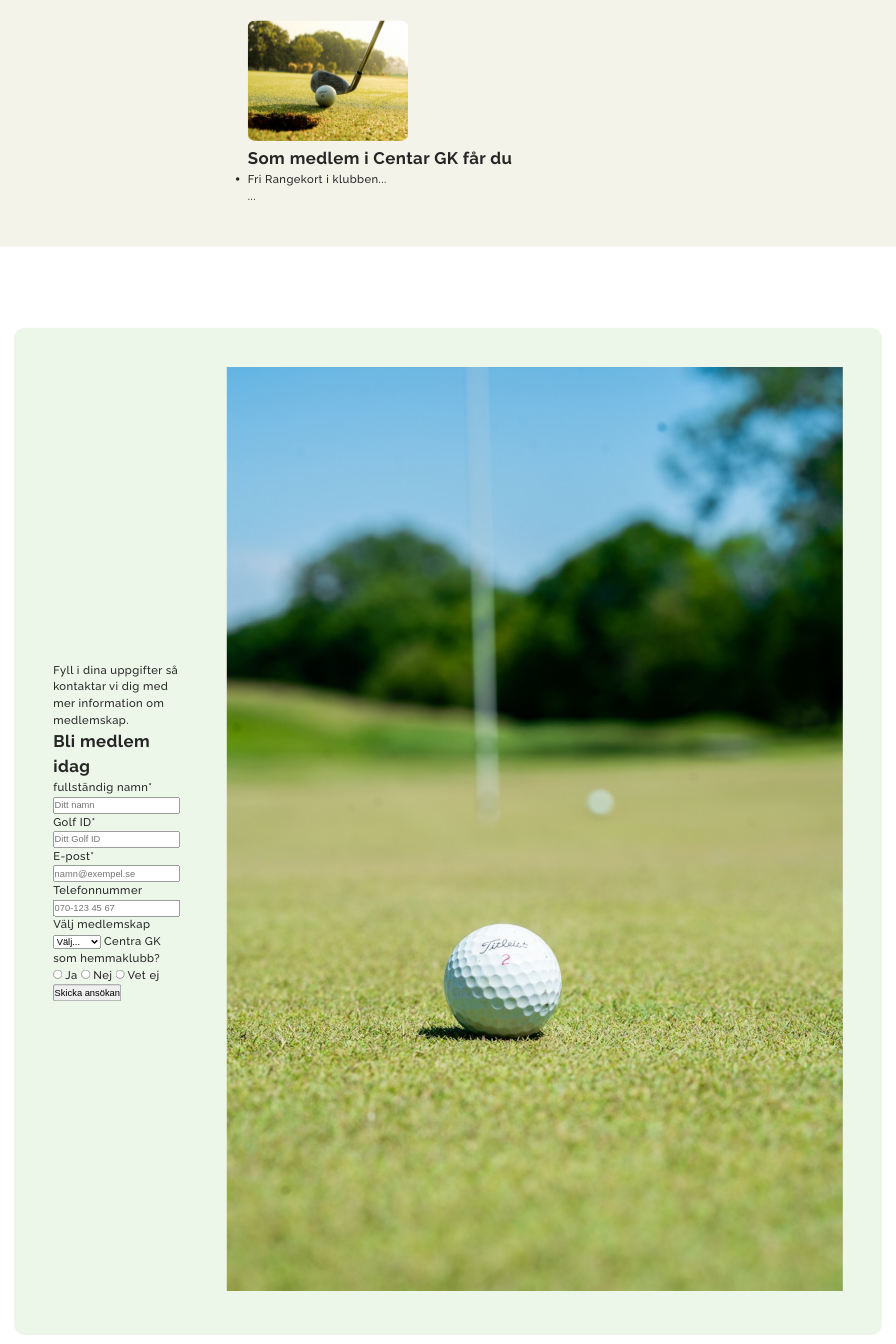
Repository: Tamana831/GolfklubbCentar
Page: Medlem.html
An editor plug-in stored every save of this project. The page is shown before and after the next save, followed by the edit.
The browser window is 1280 px wide. The pictures show the part of the page from y = 1015 to 2935 px (the page is 3419 px tall before and 3467 px after), at 70% of full size.

Above is the page before, as saved 2025-10-24 01:49:51.

After the next save:
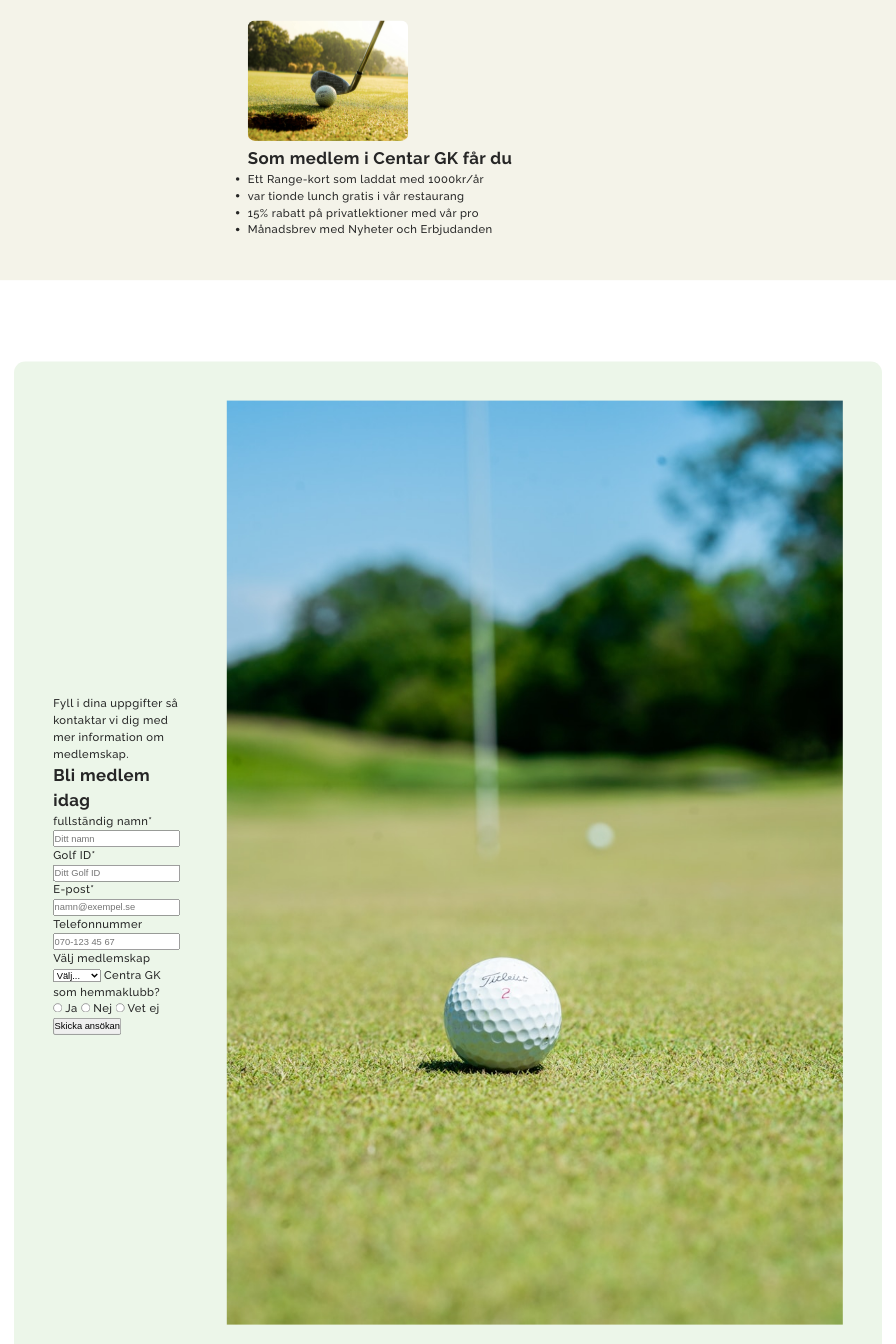
Saved 7 h 21 min later.
--- a/Medlem.html
+++ b/Medlem.html
@@ -112,8 +112,10 @@
     <div class="benefits-text">
       <h2>Som medlem i Centar GK får du</h2>
       <ul>
-        <li>Fri Rangekort i klubben...</li>
-        ...
+        <li>Ett Range-kort som laddat med 1000kr/år </li>
+        <li>var tionde lunch gratis i vår restaurang</li>
+        <li>15% rabatt på privatlektioner med vår pro</li>
+        <li>Månadsbrev med Nyheter och Erbjudanden</li>
       </ul>
     </div>
   </div>
@@ -123,9 +125,8 @@
 
 <section class="membership-apply">
   <div class="apply-box">
-
-    <div class="apply-grid">
-      <div class="apply-form-side">
+  <div class="apply-grid">
+  <div class="apply-form-side">
 
     <p>Fyll i dina uppgifter så kontaktar vi dig med mer information om medlemskap.</p>
     <form class="apply-form">
